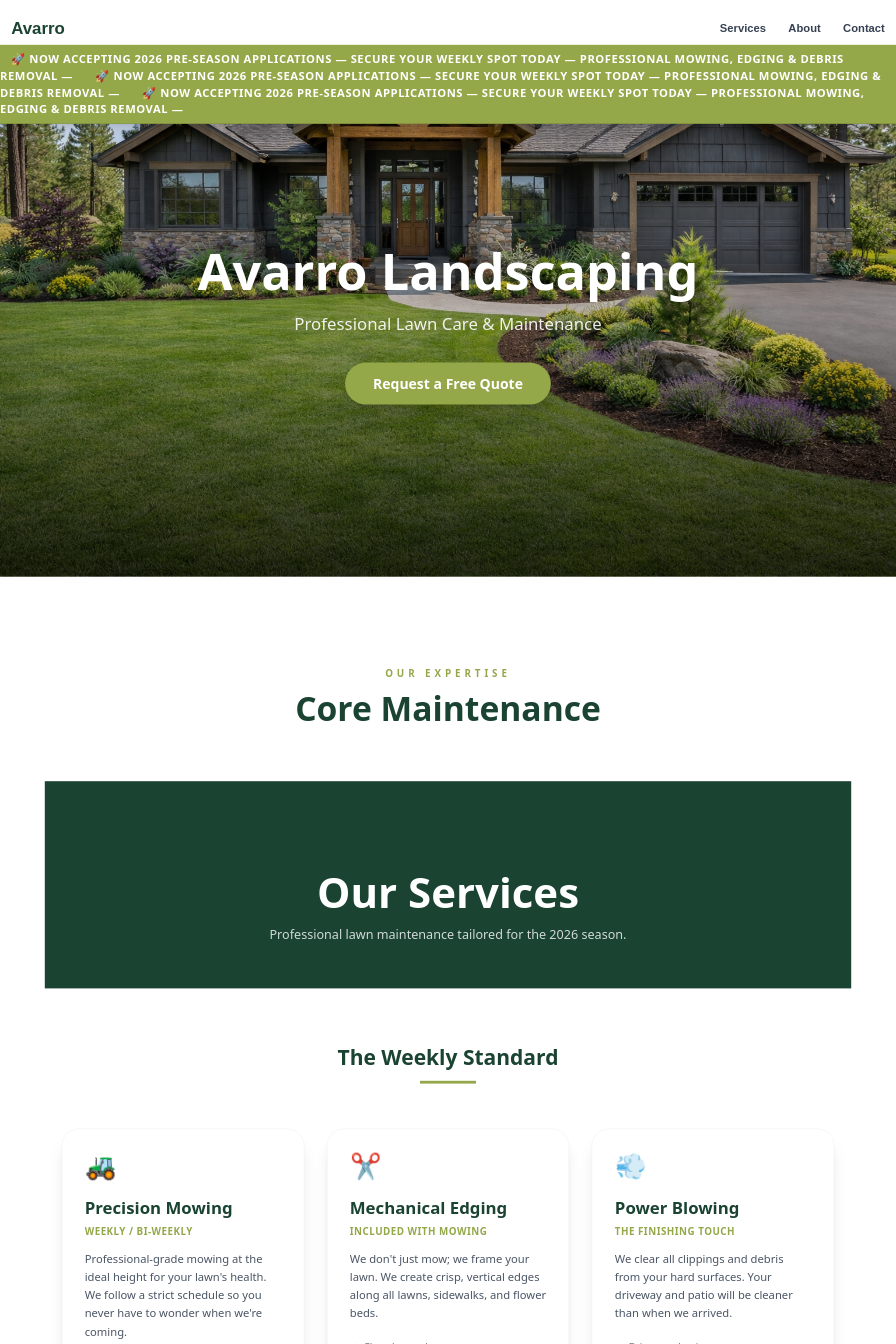
Repository: KalebMalone/Avarro
Page: /
An editor plug-in stored every save of this project. The page is shown before and after a run of saves, followed by the edit.
The browser window is 1280 px wide. The pictures show the part of the page from y = 0 to 1920 px (the page is 5035 px tall), at 70% of full size.
The project was rebuilt for these pictures with package versions that can differ from the ones it lists, and the page was loaded fresh each time. Also part of the build but not shown: vite.config.js, src/pages/ServicesPage.jsx, src/pages/About.jsx, src/pages/Contact.jsx.

Above is the page before, as saved 2026-01-28 16:50:39.

After the next 2 saves:
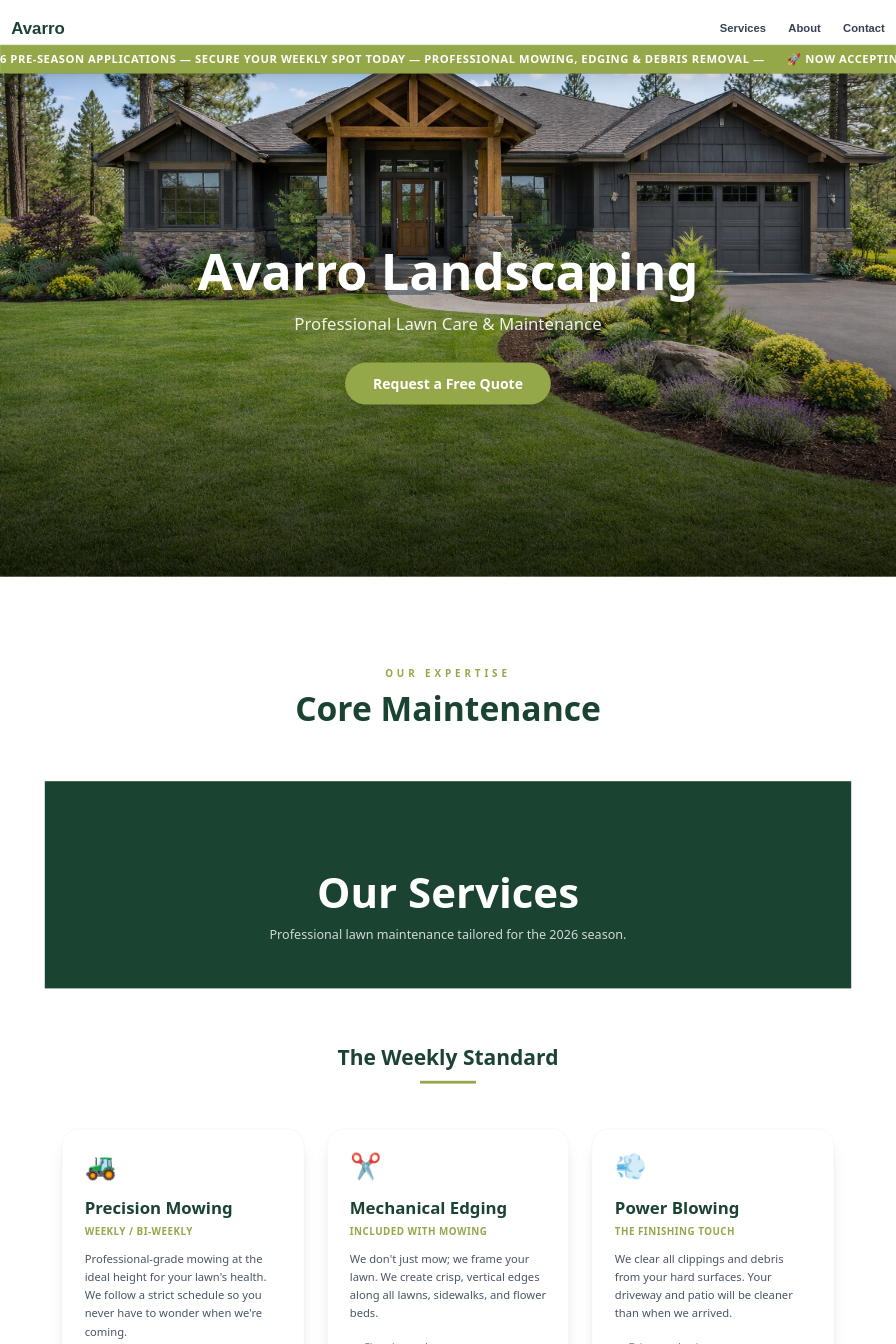
The 2 saves are shown as one change because they came seconds apart.
The last was saved 40 s later.
--- a/src/index.css
+++ b/src/index.css
@@ -16,3 +16,26 @@
 textarea {
     font-size: 16px !important;
 }
+
+@keyframes marquee {
+    0% {
+        transform: translateX(0);
+    }
+
+    100% {
+        transform: translateX(-33.33%);
+    }
+}
+
+.animate-marquee-custom {
+    display: flex;
+    width: max-content;
+    animation: marquee 40s linear infinite;
+}
+
+.marquee-container {
+    overflow: hidden;
+    display: flex;
+    white-space: nowrap;
+    width: 100vw;
+}
